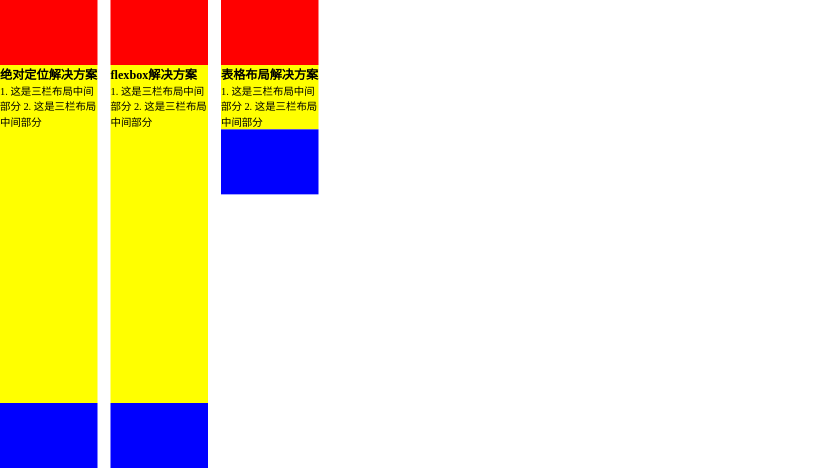
Repository: Qianfane/Blog
Page: 面试相关/测试/1-2、三栏布局-上中下.html
These files come from the project's save history. The page is drawn as it stood at one moment and after a run of saves; the edit follows.
The browser window is 1280 px wide. The pictures show the whole page, at 65% of full size.

Above is the page before, as saved 2022-01-02 19:00:34.

### 面试相关/测试/1-2、三栏布局-上中下.html
<!DOCTYPE html>
<html lang="en">
<head>
    <meta charset="UTF-8">
    <meta http-equiv="X-UA-Compatible" content="IE=edge">
    <meta name="viewport" content="width=device-width, initial-scale=1.0">
    <title>1-2、三栏布局-上中下</title>
    <style>
        html * {
            padding: 0;
            margin: 0;
        }
        html {
            height: 100%;
        }
        body {
            height: 100%;
            display: flex;
        }
        .layout {
            margin-right: 20px;
            height: 100%;
        }
        .layout article div {
            width: 150px;
        }
    </style>
</head>
<body>
    <!-- 绝对定位解决方案 -->
    <section class="layout absolute">
        <style>
            .layout.absolute .top {
                position: absolute;
                top: 0;
                height: 100px;
                background: red;
            }
            .layout.absolute .center {
                position: absolute;
                top: 100px;
                bottom: 100px;
                background: yellow;
            }
            .layout.absolute .bottom {
                position: absolute;
                bottom: 0;
                height: 100px;
                background: blue;
            }
        </style>
        <article class="top-center-bottom">
            <div class="top"></div>
            <div class="center">
                <h1>绝对定位解决方案</h1>
                1. 这是三栏布局中间部分
                2. 这是三栏布局中间部分
            </div>
            <div class="bottom"></div>
        </article>
    </section>

    <!-- flexbox解决方案 -->
    <section class="layout flexbox">
        <style>
            .layout.flexbox .top-center-bottom {
                height: 100%;
                margin-left: 150px;

                display: flex;
                flex-direction: column;
            }
            .layout.flexbox .top {
                height: 100px;
                background: red;
            }
            .layout.flexbox .center {
                flex: 1;
                background: yellow;
            }
            .layout.flexbox .bottom {
                height: 100px;
                background: blue;
            }
        </style>
        <article class="top-center-bottom">
            <div class="top"></div>
            <div class="center">
                <h1>flexbox解决方案</h1>
                1. 这是三栏布局中间部分
                2. 这是三栏布局中间部分
            </div>
            <div class="bottom"></div>
        </article>
    </section>

    <!-- 表格布局解决方案 -->
    <section class="layout table">
        <style>
            .layout.table .top-center-bottom {
                display: table;
                height: 100%;
            }
            .layout.table .top-center-bottom {
                display: table;
                height: 100%;
            }
            .layout.table .top {
                height: 100px;
                background: red;
            }
            .layout.table .center {
                background: yellow;
            }
            .layout.table .bottom {
                height: 100px;
                background: blue;
            }
        </style>
        <article class="top-center-bottom">
            <div class="top"></div>
            <div class="center">
                <h1>表格布局解决方案</h1>
                1. 这是三栏布局中间部分
                2. 这是三栏布局中间部分
            </div>
            <div class="bottom"></div>
        </article>
    </section>


</body>
</html>

After the next 2 saves:
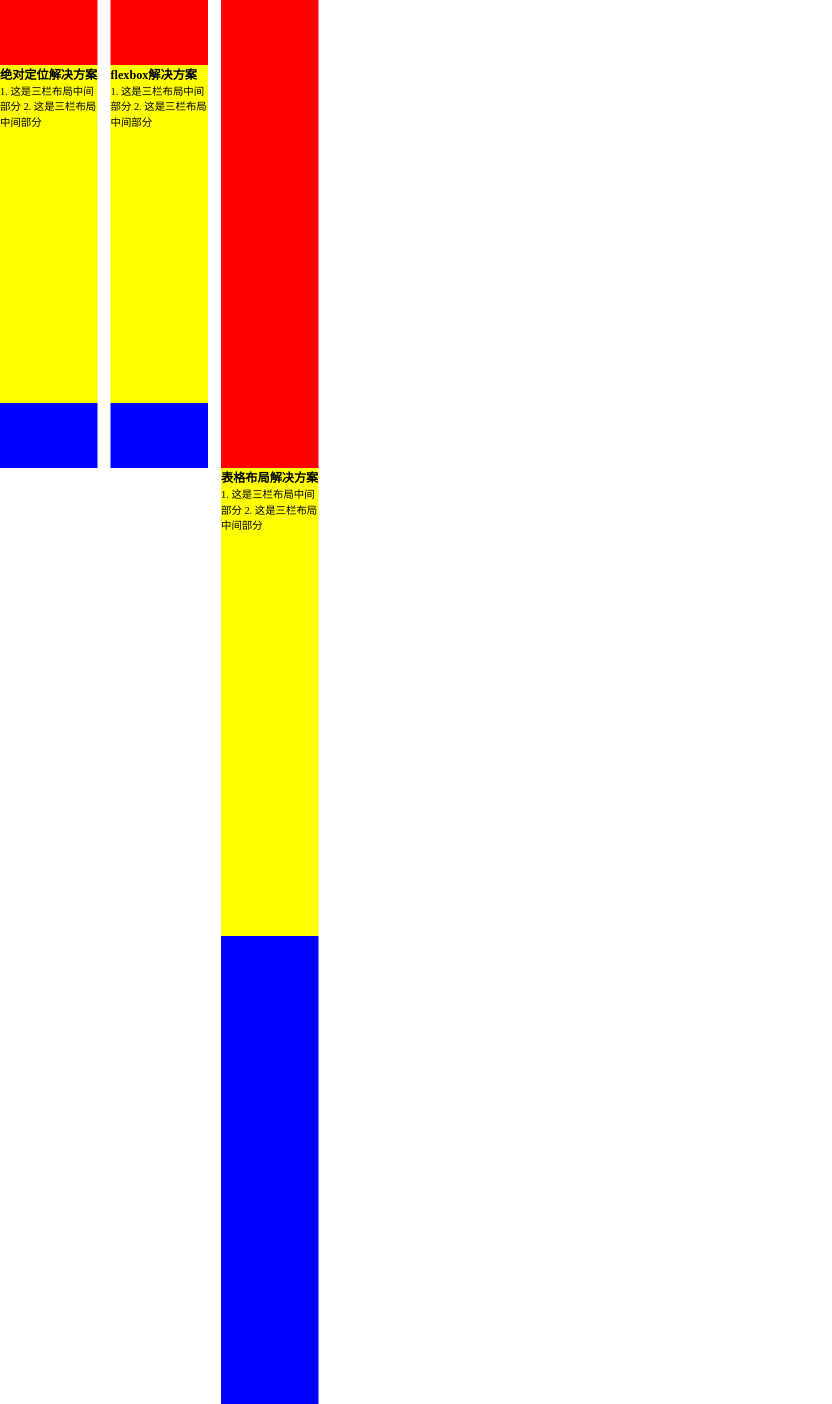
The 2 saves are shown as one change because they came seconds apart.
The last was saved 15 s later.
--- a/面试相关/测试/1-2、三栏布局-上中下.html
+++ b/面试相关/测试/1-2、三栏布局-上中下.html
@@ -101,7 +101,7 @@
                 display: table;
                 height: 100%;
             }
-            .layout.table .top-center-bottom {
+            .layout.table .top-center-bottom>div {
                 display: table;
                 height: 100%;
             }
